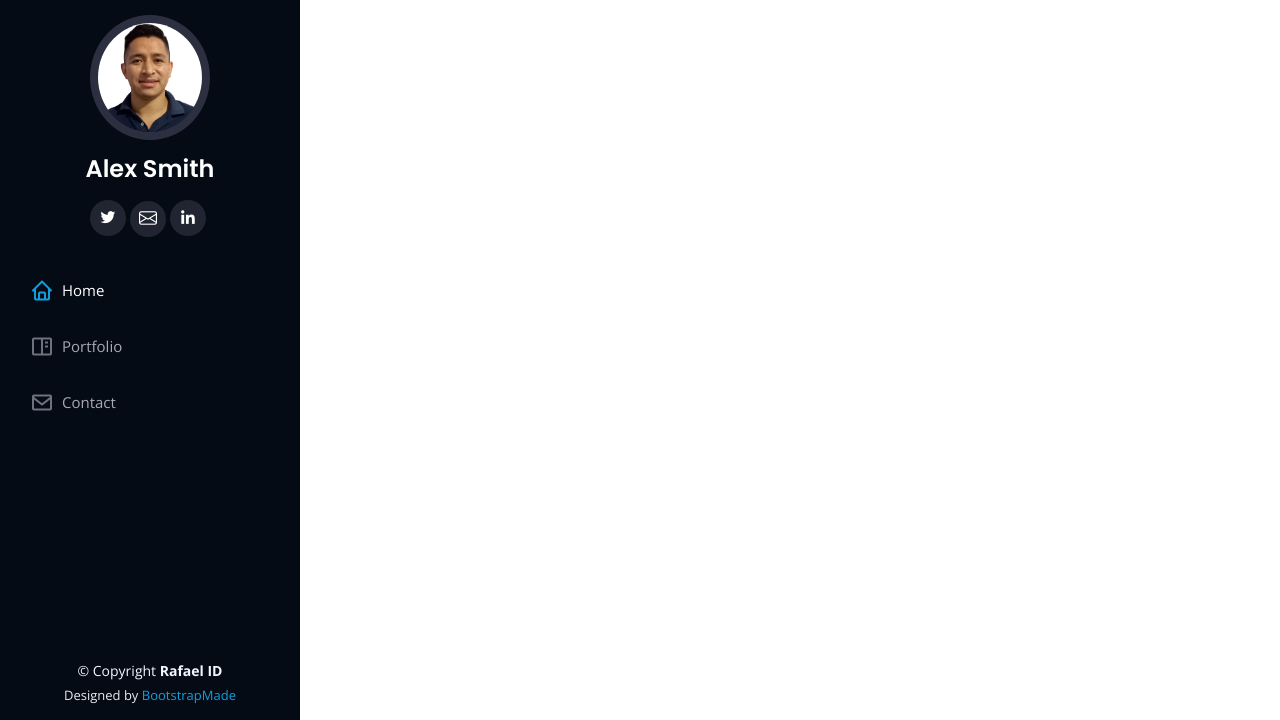
Repository: ralfId/myportfolio
Page: /
The author's editor kept a copy of each file at every save. The page is drawn from the files as they stood at one save, then again after the next save.
The browser window is 1280 px wide. The pictures show the whole page.
The project was rebuilt for these pictures with package versions that can differ from the ones it lists, and the page was loaded fresh each time. Also part of the build but not shown: src/data/projects.js, src/components/Projects/ProjectItem.js, src/components/Projects/ProjectIndex.js, src/helpers/ProjectById.js, src/components/Projects/ProjectDetail.js.

Above is the page before, as saved 2021-09-20 15:40:05.

After the next save:
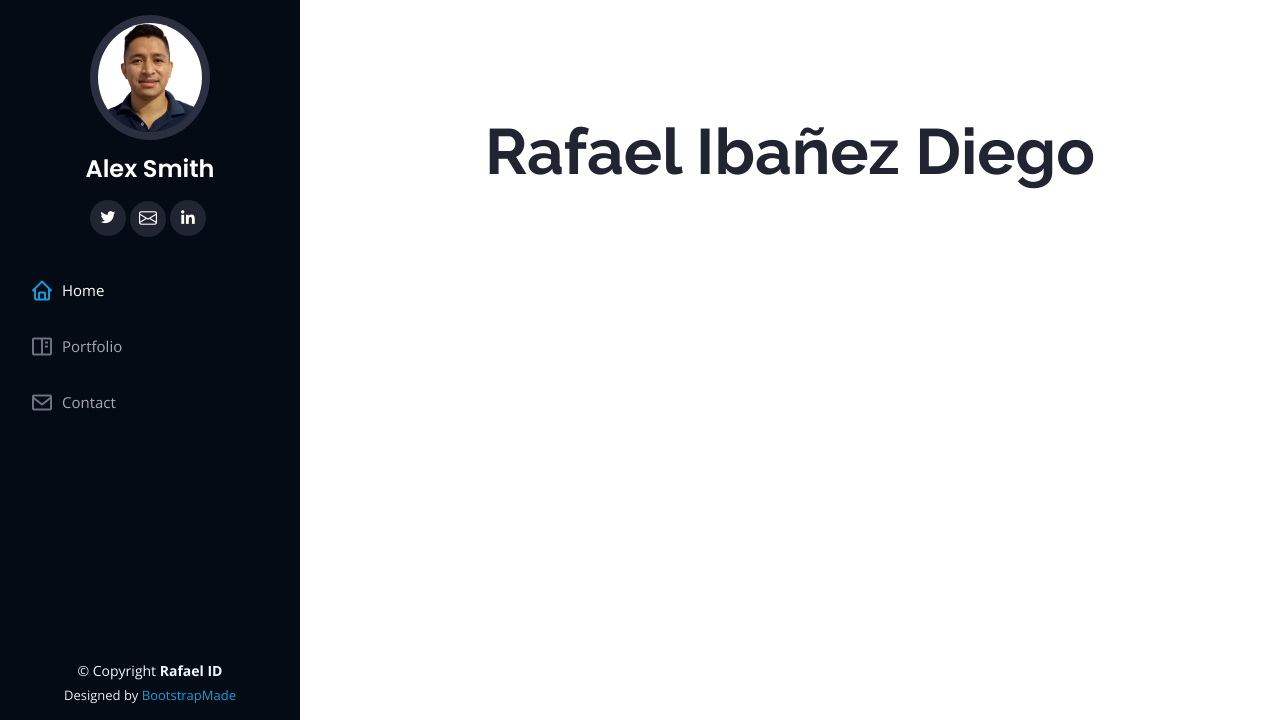
Saved 45 s later.
--- a/public/css/style.css
+++ b/public/css/style.css
@@ -215,7 +215,7 @@ h1, h2, h3, h4, h5, h6 {
   height: 100vh;
   /* background: url("../img/hero-bg.jpg") top center; */
   background-size: cover;
-  color: #212431;
+
 }
 
 /* #hero:before {
@@ -240,18 +240,18 @@ h1, h2, h3, h4, h5, h6 {
   font-size: 64px;
   font-weight: 700;
   line-height: 56px;
-  color: #fff;
+  color: #212431;
 }
 
 #hero p {
-  color: #fff;
+  color: #212431;
   margin-bottom: 50px;
   font-size: 26px;
   font-family: "Poppins", sans-serif;
 }
 
 #hero p span {
-  color: #fff;
+  color: #212431;
   padding-bottom: 4px;
   letter-spacing: 1px;
   border-bottom: 3px solid #149ddd;
